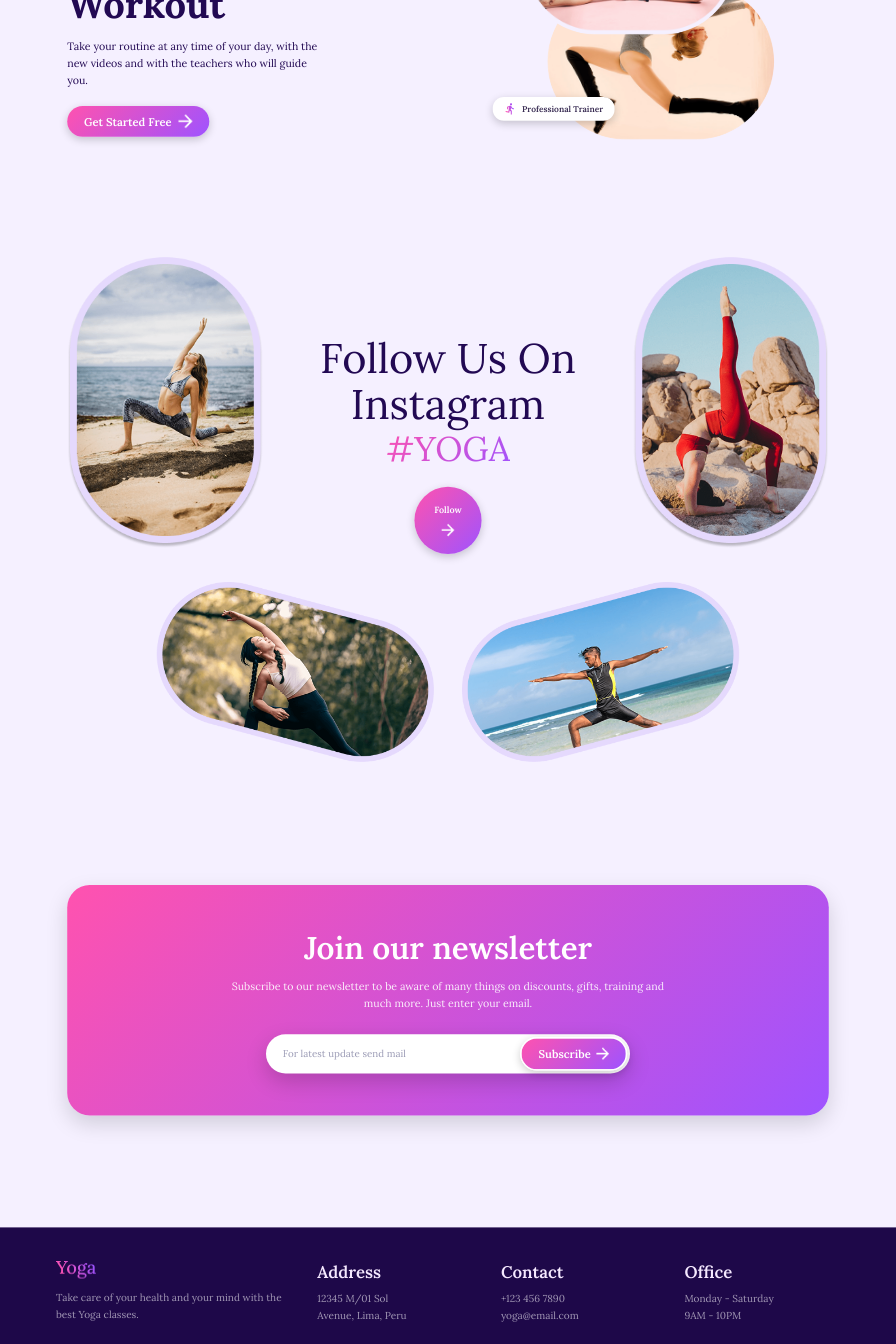
Repository: EunsuhJeon/responsive-yoga-website
Page: index.html
An editor plug-in stored every save of this project. The page is shown before and after the next save, followed by the edit.
The browser window is 1280 px wide. The pictures show the part of the page from y = 1408 to 3328 px (the page is 3425 px tall), at 70% of full size.

Above is the page before, as saved 2025-11-27 00:57:37.

After the next save:
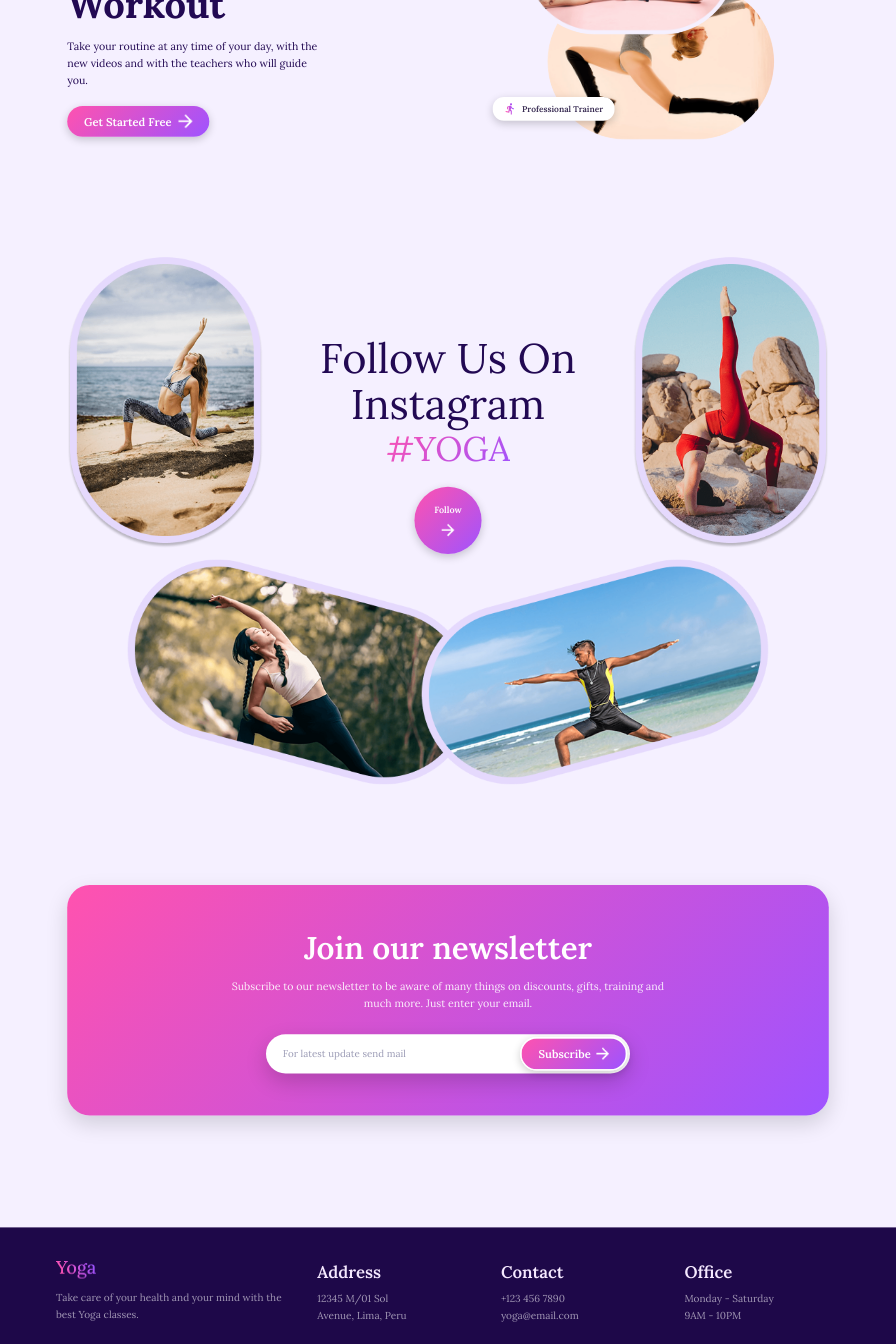
Saved 70 s later.
--- a/main.css
+++ b/main.css
@@ -669,12 +669,13 @@ header a{
 }
 
 .seccion-5-img-bl {
-  transform: translateX(32px);    /* mueve la de la izquierda hacia el centro */
+  transform: scale(1.25) translateX(32px);
 }
 
 .seccion-5-img-br {
-  transform: translateX(-32px);   /* mueve la de la derecha hacia el centro */
-}
+  transform: scale(1.25) translateX(-32px);
+}
+
 
 /* Botón circular central */
 .btn-circle {
